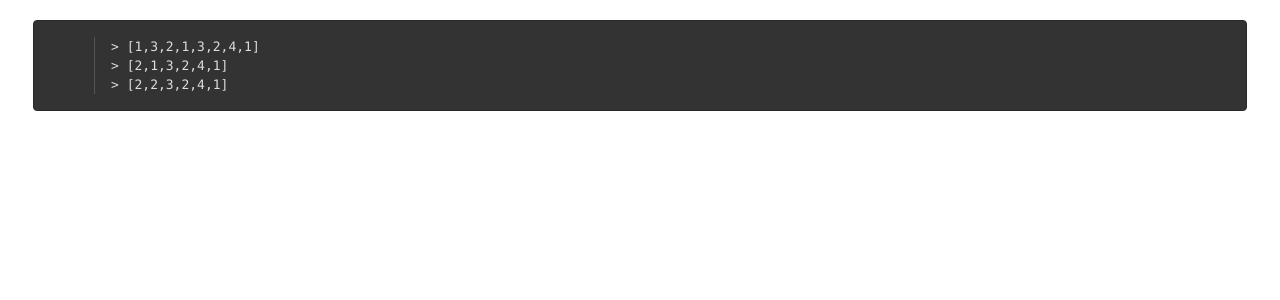
Repository: betaWeb/twicejs
Page: index.html
These files come from the project's save history. The page is drawn as it stood at one moment and after the next save; the edit follows.
The browser window is 1280 px wide. The pictures show the whole page.

Above is the page before, as saved 2019-12-12 14:24:58.

### index.html
<!DOCTYPE html>
<html lang="en">

<head>
    <meta charset="UTF-8">
    <meta name="viewport" content="width=device-width, initial-scale=1.0">
    <meta http-equiv="X-UA-Compatible" content="ie=edge">
    <title>TwiceJS</title>
    <style>
        pre {
            background: #333;
            white-space: pre;
            word-wrap: break-word;
            overflow: auto;
        }

        pre.code {
            margin: 20px 25px;
            padding: 1rem 0;
            border-radius: 4px;
            border: 1px solid #292929;
            position: relative;
        }

        pre.code code {
            font-family: "Inconsolata", "Monaco", "Consolas", "Andale Mono", "Bitstream Vera Sans Mono", "Courier New", Courier, monospace;
            display: block;
            margin: 0 0 0 60px;
            padding: 0 16px 0;
            border-left: 1px solid #555;
            overflow-x: auto;
            font-size: 13px;
            line-height: 19px;
            color: #ddd;
        }
    </style>
</head>
<div id="app">
    <pre class="code"></pre>
</div>

<body>
    <script type="text/javascript" src="/TwiceJS.js" defer></script>
    <script type="text/javascript" defer>
        document.addEventListener('DOMContentLoaded', () => {
            const $pre = document.querySelector('#app .code')
            const print = str => {
                const $code = document.createElement('code')
                $code.innerHTML = '> [' + str + ']'
                $pre.appendChild($code)
            }
            let set = new window.TwiceJS
            set.append([1, 1, 1, 2, 3, 3, 4])
            print(set.withCount)
            set.remove(1)
            print(set.withCount)
            set.append(2)
            print(set.withCount)
        })
    </script>
</body>

</html>

### TwiceJS.js
/**
 * @property {Object} options
 * @property {Map} dataset
 */
class TwiceJS {

    /**
     * @returns {Array}
     */
    get entries() {
        return Array.from(this.keys.map(this._decodeKey.bind(this)))
    }

    /**
     * @returns {Object[] | Array[]}
     */
    get withCount() {
        return this.keys.reduce((acc, key) => {
            const count = this._dataset.get(key)
            const item = this._decodeKey(key)

            if (item.constructor !== Object)
                return [...acc, [item, count]]

            return [
                ...acc,
                {
                    ...item,
                    ...{ [this.options.count_key]: count }
                }
            ]
        }, [])
    }

    /**
     * @returns {Array}
     */
    get keys() {
        return [...this._dataset.keys()]
    }

    /**
     * @returns {Boolean}
     */
    get isEmpty() {
        return this.keys.length === 0
    }

    /**
     * @returns {Map}
     */
    get rawMap() {
        return this._dataset
    }

    /**
     * @returns {Object}
     */
    static get DEFAULT_OPTIONS() {
        return {
            count_key: '_count'
        }
    }

    /**
     * @param {Object} options
     */
    constructor(options = {}) {
        this.options = { ...TwiceJS.DEFAULT_OPTIONS, ...options }
        this.clear()
    }

    /**
     * @returns {TwiceJS}
     */
    clear() {
        this._dataset = new Map()
        return this
    }

    /**
     * @param {Array|*} data
     * @returns {TwiceJS}
     */
    append(data) {
        return this._process(data, item => {
            const key = this._keyify(item)
            let count = this._dataset.get(key) || 0

            this._dataset.set(key, count += 1)
        })
    }

    /**
     * @param {Array|*} oldKey
     * @param {Array|*} newKey
     * @returns {TwiceJS}
     */
    replace(oldKey, newKey) {
        oldKey = this._keyify(oldKey)
        newKey = this._keyify(newKey)

        if (!this._dataset.has(oldKey))
            throw new Error(`[Err] TwiceJS.set :: key '${oldKey}' doesn't exists on dataset`)

        const oldCount = this._dataset.get(oldKey)

        this
            .remove(oldKey)
            .append(newKey)

        this._dataset.set(newKey, oldCount)

        return this
    }

    /**
     * @param {Array|*} data
     * @returns {TwiceJS}
     */
    remove(data) {
        return this._process(data, item => {
            const key = this._keyify(item)

            if (this._dataset.has(key))
                this._dataset.delete(key)
        })
    }

    /**
     * @param {*} item
     * @returns {Number}
     */
    count(item) {
        const key = this._keyify(item)
        return this._dataset.get(key) || 0
    }

    /**
     * @param {Array} data
     * @param {Function} process
     * @returns {TwiceJS}
     */
    _process(data, process) {
        if (!Array.isArray(data))
            data = [data]

        data = this._normalize(data)
        data.forEach(process.bind(this))
        return this
    }

    /**
     * @param {*} item
     * @returns {String}
     */
    _keyify(item) {
        if (!Array.isArray(item) && item.constructor !== Object)
            return item.toString()

        try {
            return JSON.stringify(item)
        } catch (e) {
            throw new Error(`[Err] TwiceJS._keyify :: error on keyify item ${item}\n${e}`)
        }
    }

    /**
     * @param {String} key
     * @returns {*}
     */
    _decodeKey(key) {
        try {
            return JSON.parse(key)
        } catch (err) {
            return key;
        }
    }

    /**
     * @param {Array|Object|*} data
     * @returns {Array|Object|*}
     */
    _normalize(data) {
        try {
            return JSON.parse(JSON.stringify(data))
        } catch (e) {
            return data
        }
    }

}

if (!('TwiceJS' in window))
    window.TwiceJS = TwiceJS

After the next save:
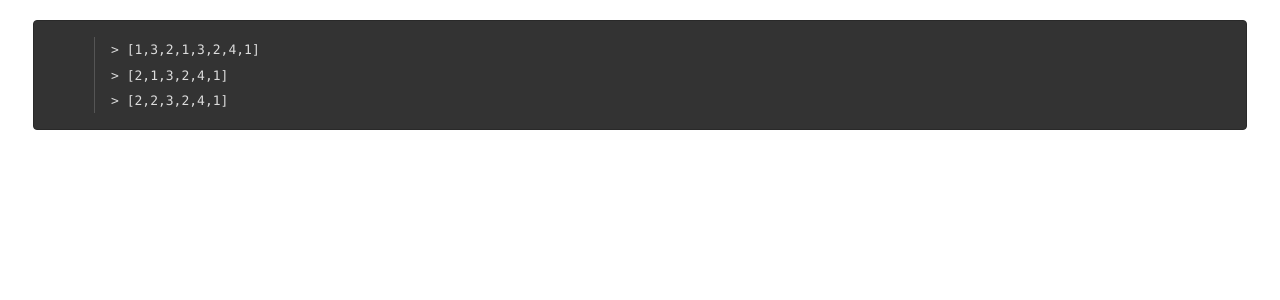
Saved 10 s later.
--- a/index.html
+++ b/index.html
@@ -26,7 +26,7 @@
             font-family: "Inconsolata", "Monaco", "Consolas", "Andale Mono", "Bitstream Vera Sans Mono", "Courier New", Courier, monospace;
             display: block;
             margin: 0 0 0 60px;
-            padding: 0 16px 0;
+            padding: .2rem 16px .2rem;
             border-left: 1px solid #555;
             overflow-x: auto;
             font-size: 13px;
